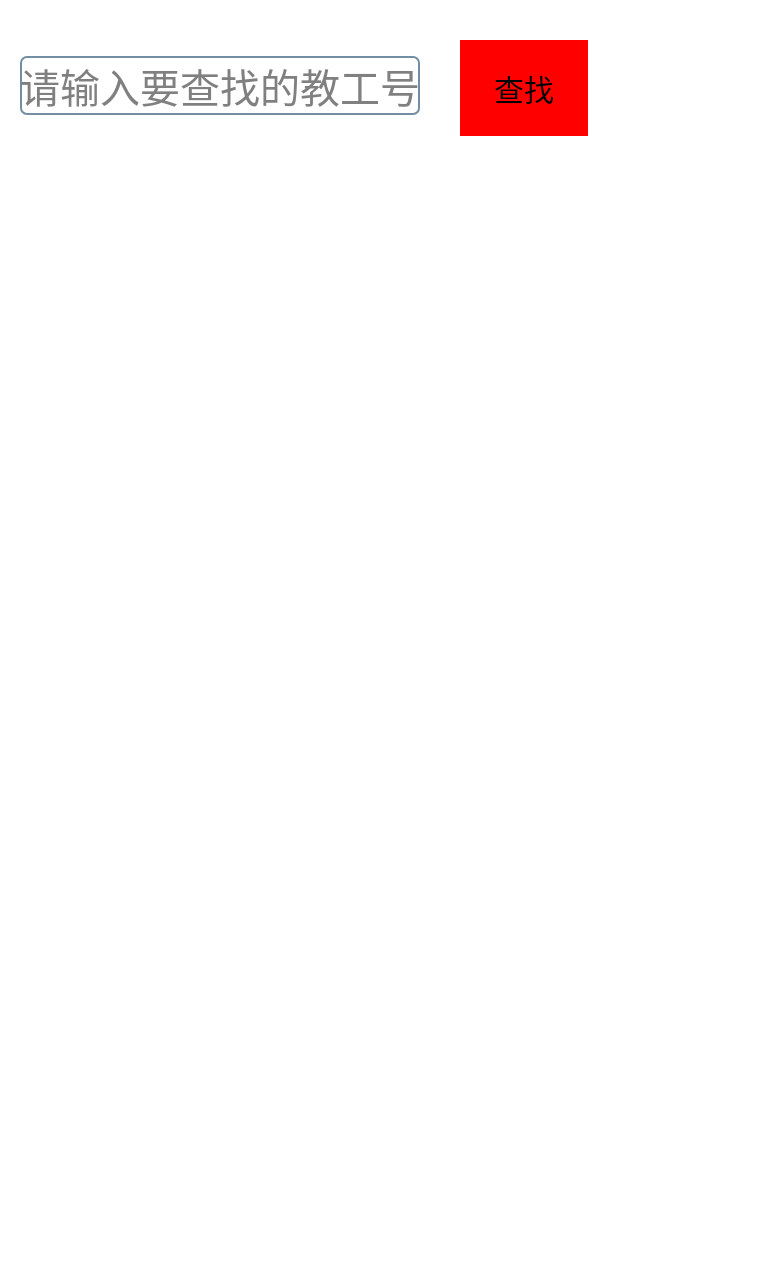
Repository: 15862175370/MyProject
Layout: 毕业设计系统源码_李伟/client/TeachSystem/res/layout/serchteacher.xml
The author's editor kept a copy of each file at every save. The layout is drawn from the files as they stood at one save, then again after the next save.
It is drawn on a 768 x 1280 px phone screen (xhdpi) without system bars, with theme AppTheme; the app's code is not run. Lists and similar views that code fills are empty.

Above is the layout before, as saved 2016-05-20 10:08:11.

### 毕业设计系统源码_李伟/client/TeachSystem/res/layout/serchteacher.xml
<?xml version="1.0" encoding="utf-8"?>
<LinearLayout xmlns:android="http://schemas.android.com/apk/res/android"
    android:layout_width="match_parent"
    android:layout_height="match_parent"
    android:orientation="vertical" >

<LinearLayout
     android:id="@+id/cno"
      android:layout_width="match_parent"
        android:layout_height="wrap_content"
        android:orientation="horizontal"
        android:layout_marginTop="20dp"
        >

        <EditText
            android:hint="请输入要查找的教工号"
            android:layout_marginLeft="10dp"
            android:id="@+id/myteacher_tname"
         android:layout_width="200dp"
         android:layout_height="wrap_content"
          android:textSize="20dp"
         android:background="@drawable/biankuang"
            />
      <Button
          android:layout_marginLeft="20dp"
      android:layout_width="wrap_content"
      android:layout_height="wrap_content"
      android:text="查找"
      android:textSize="15dp"
      android:background="#ff0000"
        />
    </LinearLayout>
  <ListView
   android:id="@+id/mycourse"
   android:layout_height="match_parent"
   android:layout_width="match_parent" />

</LinearLayout>

### 毕业设计系统源码_李伟/client/TeachSystem/res/drawable/biankuang.xml
<?xml version="1.0" encoding="utf-8"?>
<shape xmlns:android="http://schemas.android.com/apk/res/android" >
     <solid android:color="#FFFFFF" />
    <corners android:radius="3dip"/>
    <stroke
        android:width="1dip"
        android:color="#728ea3" />

</shape>

Loaded but not shown: 毕业设计系统源码_李伟/client/TeachSystem/res/values/styles.xml (common file); 毕业设计系统源码_李伟/client/TeachSystem/res/values-v11/styles.xml (common file); 毕业设计系统源码_李伟/client/TeachSystem/res/values-v14/styles.xml (common file)

After the next save:
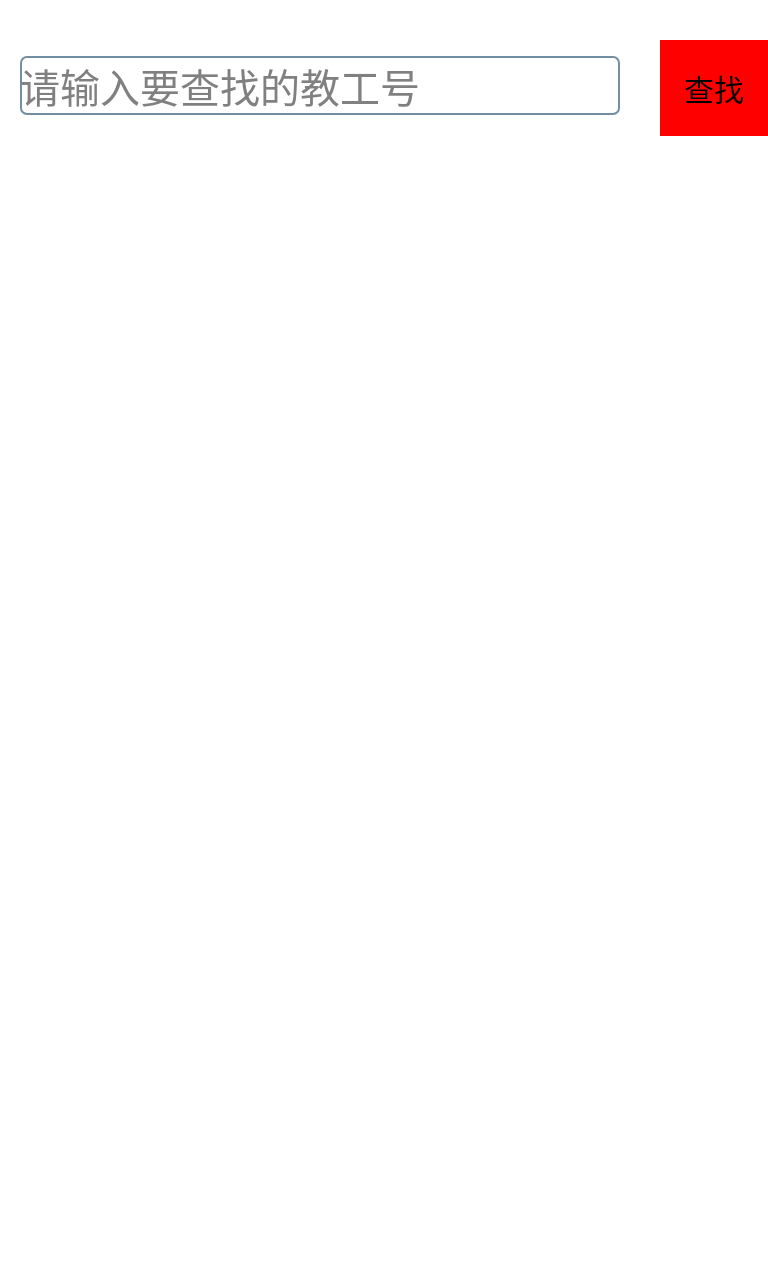
Saved 12 s later.
--- a/毕业设计系统源码_李伟/client/TeachSystem/res/layout/serchteacher.xml
+++ b/毕业设计系统源码_李伟/client/TeachSystem/res/layout/serchteacher.xml
@@ -16,7 +16,7 @@
             android:hint="请输入要查找的教工号"
             android:layout_marginLeft="10dp"
             android:id="@+id/myteacher_tname"
-         android:layout_width="200dp"
+         android:layout_width="300dp"
          android:layout_height="wrap_content"
           android:textSize="20dp"
          android:background="@drawable/biankuang"
